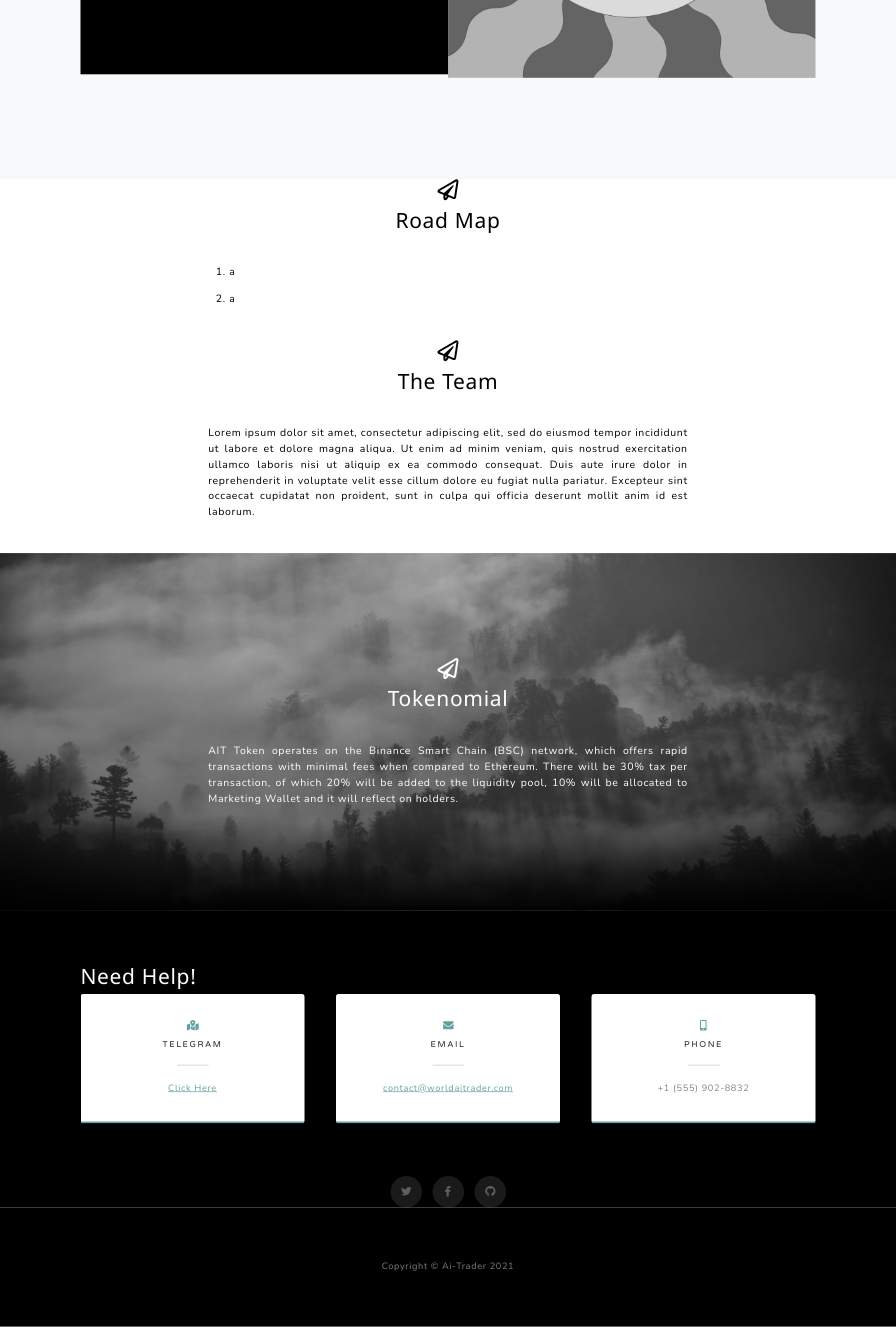
Repository: seyicoded/ico_one
Page: index.html
These files come from the project's save history. The page is drawn as it stood at one moment and after the next save; the edit follows.
The browser window is 1280 px wide. The pictures show the part of the page from y = 2743 to 4663 px (the page is 4638 px tall before and 4663 px after), at 70% of full size.

Above is the page before, as saved 2022-03-06 15:04:48.

After the next save:
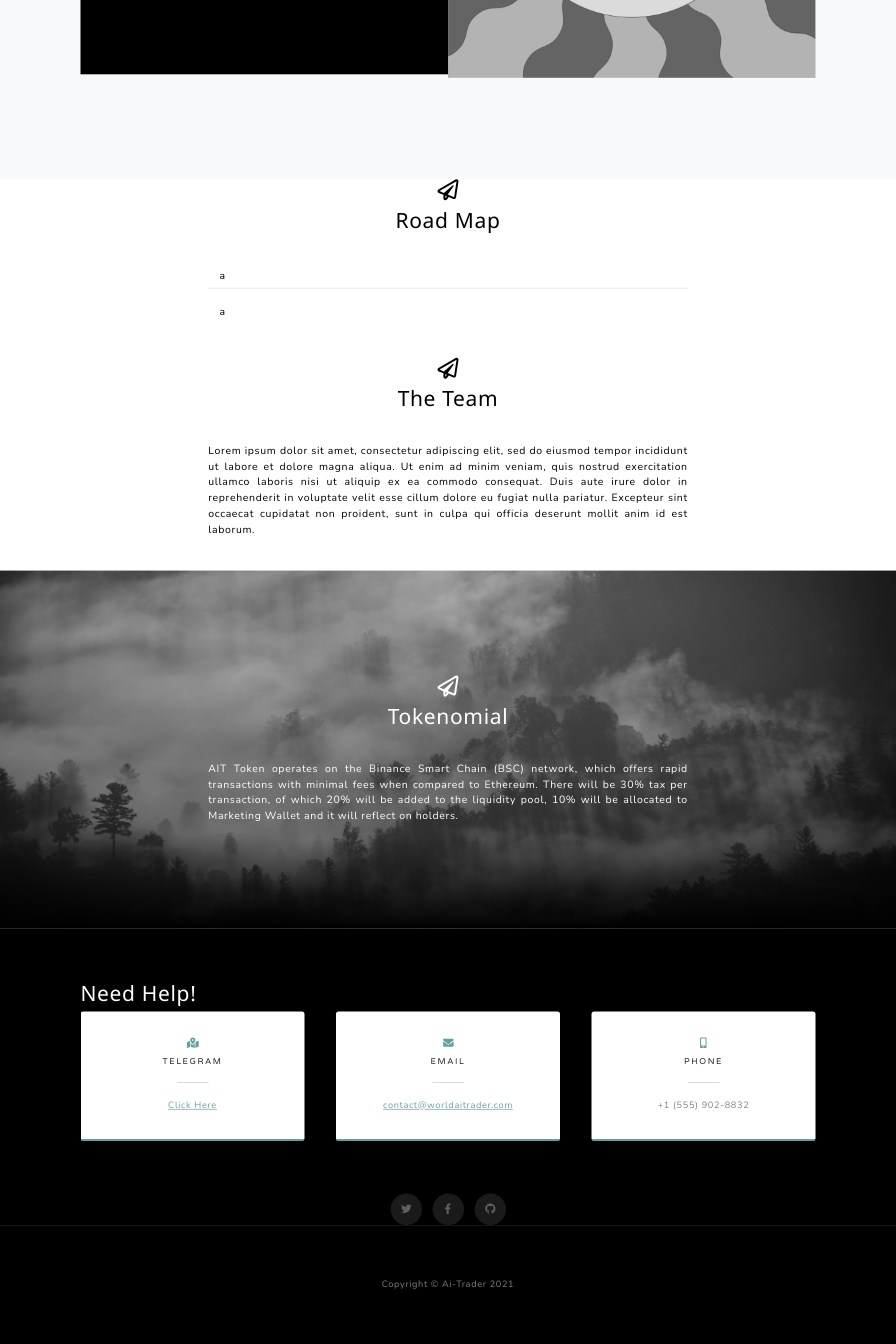
Saved 102 s later.
--- a/index.html
+++ b/index.html
@@ -169,10 +169,10 @@
                         <h2 class="text-white mb-5">Road Map</h2>
 
                         <div style="color: white; text-align: justify;">
-                            <ol class="w3-ul">
+                            <ul class="w3-ul">
                                 <li>a</li>
                                 <li>a</li>
-                            </ol>
+                            </ul>
                         </div>
 
                     </div>
